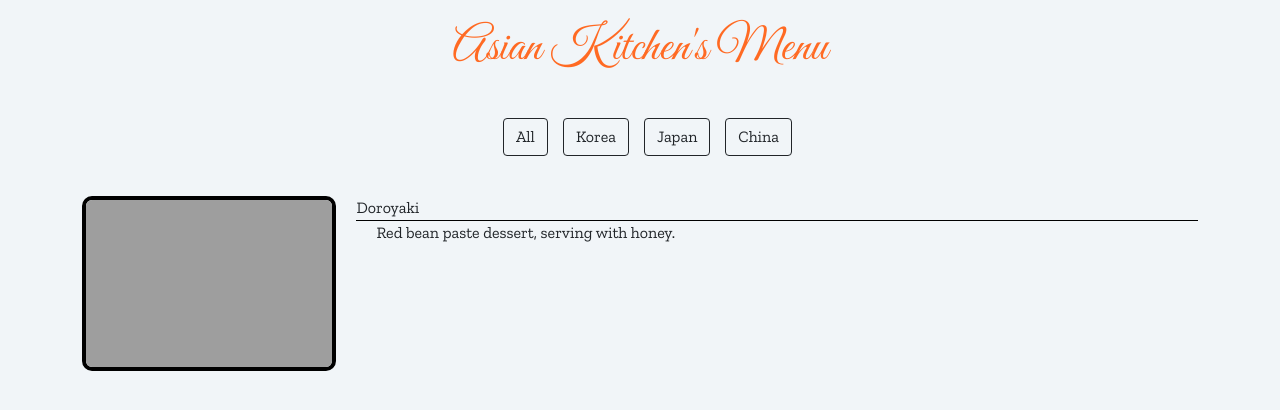
Repository: rizacantire/javascript
Page: Odev3/index.html
An editor plug-in stored every save of this project. The page is shown before and after the next save, followed by the edit.
The browser window is 1280 px wide. The pictures show the whole page.
Pictures or frames that could not be fetched are drawn as grey boxes.

Above is the page before, as saved 2021-12-12 00:00:39.

After the next save:
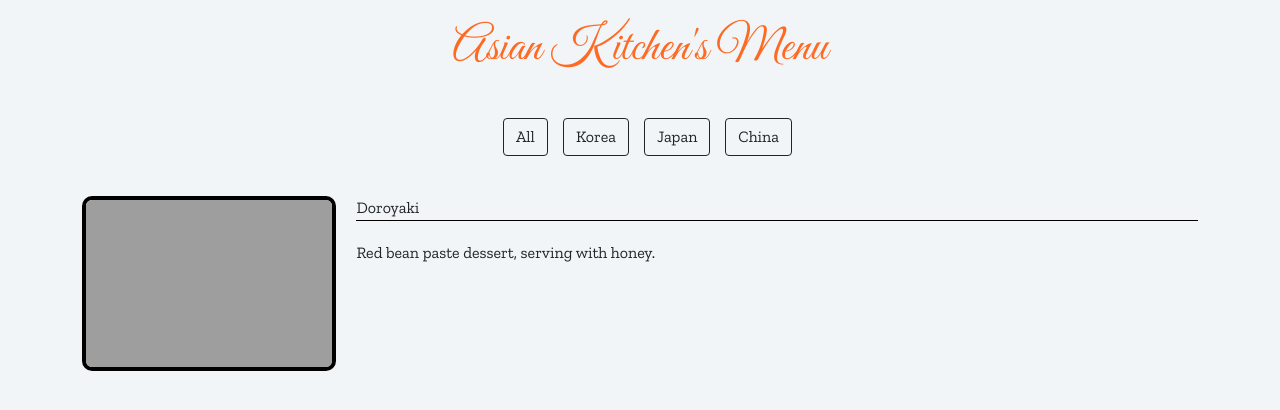
Saved 29 s later.
--- a/Odev3/index.html
+++ b/Odev3/index.html
@@ -37,9 +37,8 @@
         <div class="menu-items">
             <!-- single-item --><img class="photo" src="https://www.justonecookbook.com/wp-content/uploads/2011/10/Dorayaki-New-500x400.jpg" alt="">
             <div class="menu-info">
-
                 <div class="menu-title">Doroyaki</div>
-                <div class="menu-info">Red bean paste dessert, serving with honey.</div>
+                <div class="menu-text">Red bean paste dessert, serving with honey.</div>
             </div>
             <!-- end of single item -->
         </div>
